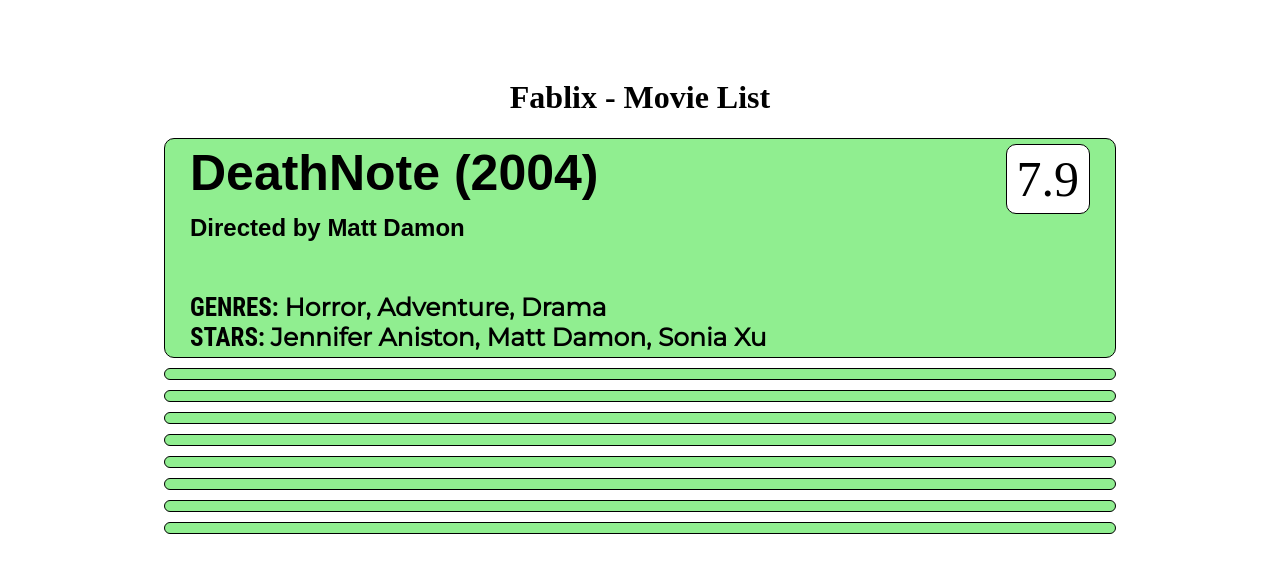
Repository: csumphan/fablix
Page: http://localhost/Project1/
These files come from the project's save history. The page is drawn as it stood at one moment and after the next save; the edit follows.
The browser window is 1280 px wide. The pictures show the whole page.
Some web fonts or font styles are not loaded; a fallback is used. The page is served by Tomcat 9. Nobody is signed in. The application's start-up code is not run. Other server files are loaded and not shown.

Above is the page before, as saved 2018-01-23 00:30:03.

### Project1/WebContent/index.html
<!DOCTYPE html>
<html>
<head>
<meta charset="UTF-8">
<title>Insert title here</title>
<link href="https://fonts.googleapis.com/css?family=Libre+Franklin|Montserrat|Play|Roboto+Condensed" rel="stylesheet">
<link type="text/css" href="styles.css" rel="stylesheet"/>
</head>
<body>
	<h1>Fablix - Movie List</h1>
	<div id="movie-list-container">
		<div class="movie-item">
			<div class="header-container">
				<h1>DeathNote <span>(2004)</span></h1>
				<div class="rating">7.9</div>
			</div>
			<div class="sub-header-container">
				<h2>Directed by Matt Damon</h2>
			</div>
			<div class="info-container">
				<div class="genres-container">
					GENRES:
					<span class="genres-list">Horror, Adventure, Drama</span>
				</div>
				<div class="stars-container">
					STARS: <span class="stars-list">Jennifer Aniston, Matt Damon, Sonia Xu</span>
				</div>
			</div>
		</div>
		<div class="movie-item"></div>
		<div class="movie-item"></div>
		<div class="movie-item"></div>
		<div class="movie-item"></div>
		<div class="movie-item"></div>
		<div class="movie-item"></div>
		<div class="movie-item"></div>
		<div class="movie-item"></div>
	</div>
</body>
</html>

### Project1/WebContent/styles.css
body {
	padding: 50px;
	display: flex;
	justify-content: center;
	align-items: center;
	flex-direction: column;
	background-color: white;
}
#movie-list-container {
	width: 1000px;
	display: flex;
	justify-content: center;
	align-items: center;
	flex-direction: column;
}

.movie-item {
	width: 900px;
	border-radius: 10px;
	border: 1px solid black;
	background-color: lightgreen;
	margin-bottom: 10px;
	padding: 5px 25px;
}

.header-container {
	display: flex;
	justify-content: space-between;
}

.header-container > h1 {
	font-family: 'Play', sans-serif;
	margin: 0px;
	font-size: 50px;
}

.sub-header-container > h2 {
	font-family: 'Libre Franklin', sans-serif;
	margin: 0px;
}

.info-container {
	font-family: 'Roboto Condensed', sans-serif;
	font-size: 25px;
	margin-top: 50px;
	display: flex;
	flex-direction: column;
	font-weight: bold;
}

.rating {
	font-size: 50px;
	border: 1px solid black;
	padding: 5px 10px;
	border-radius: 10px;
	background-color: white;
}

.genres-container {
	width: 100%;
}

.genres-list {
	font-weight: light;
	font-family: 'Montserrat', sans-serif;
}


.stars-container {
	width: 100%;
}

.stars-list {
	font-weight: light;
	font-family: 'Montserrat', sans-serif;
}

After the next save:
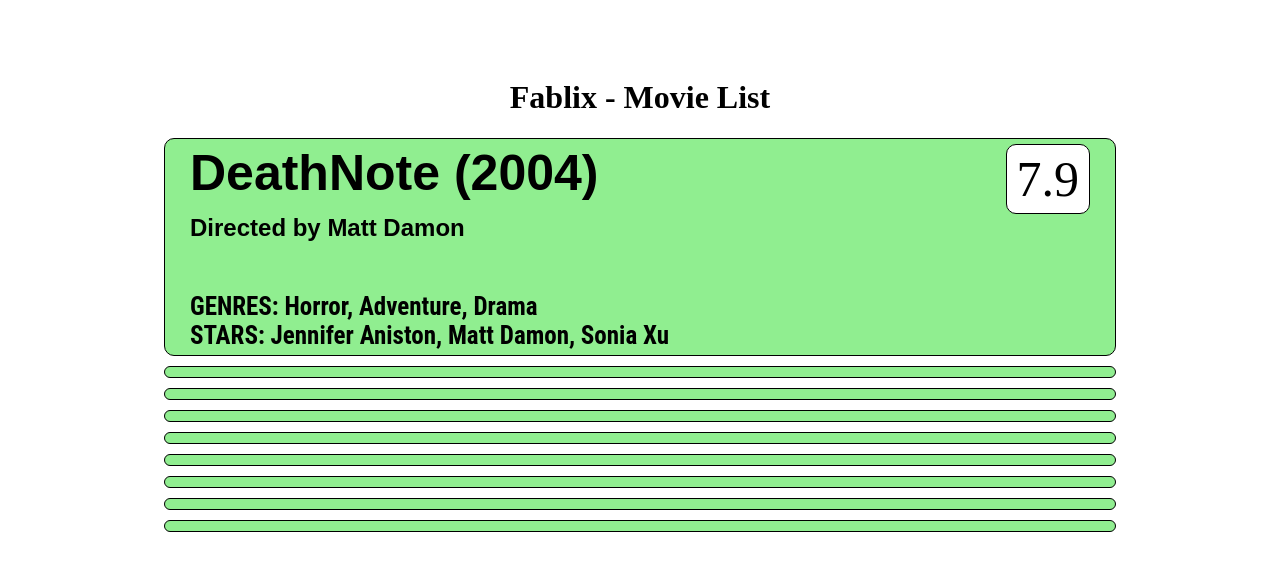
Saved 24 s later.
--- a/Project1/WebContent/styles.css
+++ b/Project1/WebContent/styles.css
@@ -60,7 +60,7 @@
 	width: 100%;
 }
 
-.genres-list {
+.list {
 	font-weight: light;
 	font-family: 'Montserrat', sans-serif;
 }
@@ -69,8 +69,3 @@
 .stars-container {
 	width: 100%;
 }
-
-.stars-list {
-	font-weight: light;
-	font-family: 'Montserrat', sans-serif;
-}
